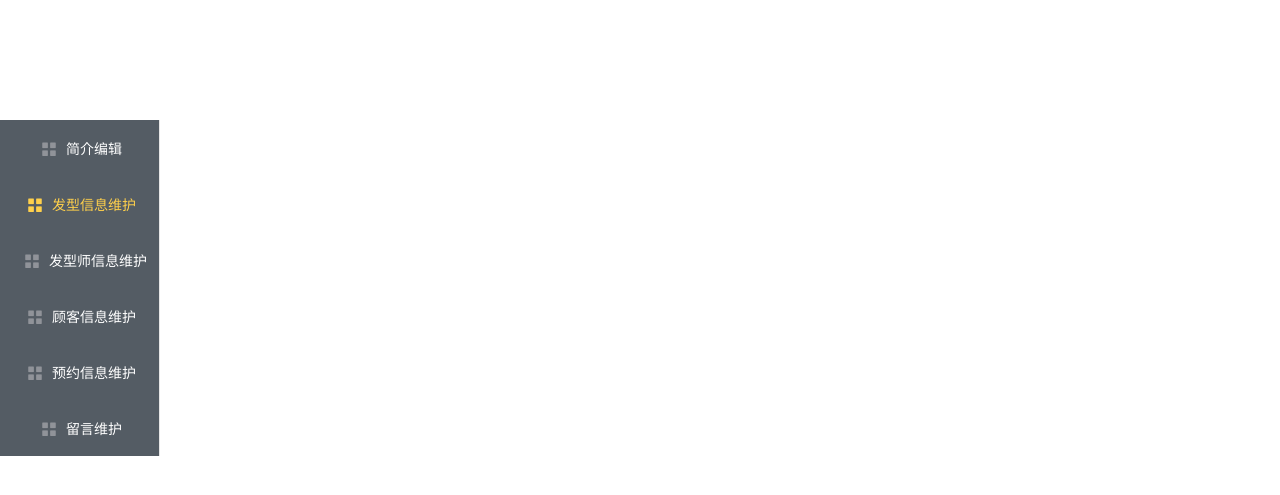
Repository: cjl0805/graduation-design-front
Page: /back/home
The author's editor kept a copy of each file at every save. The page is drawn from the files as they stood at one save, then again after the next save.
The browser window is 1280 px wide. The pictures show the whole page.
The project was rebuilt for these pictures with package versions that can differ from the ones it lists, and the page was loaded fresh each time. Also part of the build but not shown: vue.config.js, src/components/RotationChart.vue, src/components/NavigationBar.vue, src/components/HairStylist.vue, src/components/HairStyle.vue, src/views/font/HairStyleView.vue, src/views/font/HairStylistView.vue, src/views/font/HomeView.vue and 11 more.

Above is the page before, as saved 2023-04-17 16:34:49.

### src/main.js
import Vue from 'vue'
import App from './App.vue'
import router from './router'
import ElementUI from 'element-ui'
import 'element-ui/lib/theme-chalk/index.css'
import axios from 'axios'
import VueAxios from 'vue-axios'
Vue.use(VueAxios, axios);
axios.interceptors.request.use(
  config => {
    if (localStorage.getItem('token')) {
      config.headers.token = localStorage.getItem('token');
    }
    return config;
  },
  error => {
    return Promise.reject(error);
  }
);

axios.interceptors.response.use(
  res => {
    if (res.data.code === 501) {
      console.log(res.data);
      alert("登录已过期，请重新登录！");
      window.localStorage.removeItem('token');
      window.localStorage.removeItem('username');
      location.reload();
    }
    return res;
  }
);

Vue.config.productionTip = false
Vue.use(ElementUI)
new Vue({
  router,
  render: h => h(App)
}).$mount('#app')

### src/router/index.js
import Vue from 'vue'
import VueRouter from 'vue-router'
import HairStyleView from '../views/font/HairStyleView.vue'
import HairStylistView from '../views/font/HairStylistView.vue'
import HomeView from '../views/font/HomeView.vue'
import login from '../views/font/login.vue'
import register from '../views/font/register.vue'
import PersonalInfo from '../views/font/PersonalInfo.vue'
import appointment from '../views/font/AppointmentView.vue'
import pay from '../views/font/PayView.vue'
import MainView from '../views/back/MainView.vue'

Vue.use(VueRouter)

const routes = [{
    path: '/',
    name: 'home',
    component: HomeView
  },
  {
    path: '/hairstyle',
    name: 'hairstyle',
    component: HairStyleView
  },
  {
    path: '/hairstylist',
    name: 'hairstylist',
    component: HairStylistView
  },
  {
    path: '/about',
    name: 'about',
    // route level code-splitting
    // this generates a separate chunk (about.[hash].js) for this route
    // which is lazy-loaded when the route is visited.
    component: () => import( /* webpackChunkName: "about" */ '../views/AboutView.vue')
  },
  {
    path: '/login',
    name: 'login',
    component: login
  },
  {
    path: '/register',
    name: 'register',
    component: register
  },
  {
    path: '/PersonalInfo',
    name: 'PersonalInfo',
    component: PersonalInfo,
  },
  {
    path: '/appointment',
    name: 'appointment',
    component: appointment
  },
  {
    path: '/pay',
    name: 'pay',
    component: pay
  },
  {
    path: '/back/home',
    name: 'MainView',
    component: MainView
  },
]

const router = new VueRouter({
  mode: 'history',
  base: process.env.BASE_URL,
  routes
})

// 导航守卫
// 使用 router.beforeEach 注册一个全局前置守卫，判断用户是否登陆
router.beforeEach((to, from, next) => {
  if (to.path === '/PersonalInfo' || to.path === '/appointment' || to.path === '/MessageCenter' || to.path === '/pay') {
    let token = localStorage.getItem('token');
    if (token === null || token === '') {
      next('/login');
    } else {
      next();
    }
  } else {
    next();
  }
});

export default router

### src/views/back/MainView.vue
<template>
  <div>
    <div class="div1">
      <el-col :span="3">
        <el-menu
          default-active="2"
          class="el-menu-vertical-demo"
          @open="handleOpen"
          @close="handleClose"
          background-color="#545c64"
          text-color="#fff"
          active-text-color="#ffd04b"
        >
          <el-menu-item index="1">
            <i class="el-icon-menu"></i>
            <span slot="title">简介编辑</span>
          </el-menu-item>
          <el-menu-item index="2">
            <i class="el-icon-menu"></i>
            <span slot="title">发型信息维护</span>
          </el-menu-item>
          <el-menu-item index="3">
            <i class="el-icon-menu"></i>
            <span slot="title">发型师信息维护</span>
          </el-menu-item>
          <el-menu-item index="4">
            <i class="el-icon-menu"></i>
            <span slot="title">顾客信息维护</span>
          </el-menu-item>
          <el-menu-item index="5">
            <i class="el-icon-menu"></i>
            <span slot="title">预约信息维护</span>
          </el-menu-item>
          <el-menu-item index="6">
            <i class="el-icon-menu"></i>
            <span slot="title">留言维护</span>
          </el-menu-item>
        </el-menu>
      </el-col>
    </div>
    <div class="div2"></div>
  </div>
</template>

<script>
export default {
  methods: {
    handleOpen(key, keyPath) {
      console.log(key, keyPath);
    },
    handleClose(key, keyPath) {
      console.log(key, keyPath);
    },
  },
};
</script>

<style>

</style>

### src/components/UserDescription.vue
<template>
  <div>
    <div class="img">
      <el-upload
        class="userform.img !== '' ? 'avatar-uploader boxCardUploadImg' : 'avatar-uploader'"
        action=""
        :http-request="upFile"
        :show-file-list="false"
        :on-change="handleChange"
        :limit="2"
        :headers="headers"
      >
        <img v-if="userform.img" :src="userform.img" class="avatar" />
        <i v-else class="el-icon-plus avatar-uploader-icon"></i> </el-upload
      ><br />
      <el-button round type="primary" @click="saveImg">保存头像</el-button>
      <div class="div2">
        <div class="div3">
          <el-button class="button"
            ><p class="p" @click="click1">个人信息</p></el-button
          >
        </div>
        <div class="div3">
          <el-button class="button" @click="click2"
            ><p class="p">我的预约</p></el-button
          >
        </div>
        <div class="div3">
          <el-button class="button"
            ><p class="p" @click="click3">我的留言</p></el-button
          >
        </div>
      </div>
    </div>
    <div class="info">
      <UserInfo v-if="userInfo"></UserInfo>
      <myAppointment v-if="myAppointment" class="myAppointment"></myAppointment>
      <myMessage v-if="myMessage"></myMessage>
    </div>
  </div>
</template>

<script>
import UserInfo from "./UserInfo.vue";
import MyAppointment from "./MyAppointment.vue";
import MyMessage from "./MyMessage.vue";
export default {
  name: "UserDescription",
  components: {
    MyAppointment,
    MyMessage,
    UserInfo,
  },
  data() {
    return {
      imageUrl: "",
      headers: {},
      token: "",
      userform: {
        img: "",
      },
      file: " ",
      userInfo: this.$route.query.userInfo,
      myAppointment: this.$route.query.myAppointment,
      myMessage: false,
    };
  },
  created() {
    this.load();
  },
  methods: {
    load() {
      this.axios({
        method: "GET",
        url: "http://localhost:8090/graduation/design/customInfo/get",
        params: {
          username: window.localStorage.getItem("username"),
        },
      }).then((res) => {
        console.log(res.data);
        if (res.data.data != null) {
          this.userform.img = res.data.data.img;
        }
      });
    },
    click1() {
      this.userInfo = true;
      this.myAppointment = false;
      this.myMessage = false;
    },
    click2() {
      this.userInfo = false;
      this.myAppointment = true;
      this.myMessage = false;
    },
    click3() {
      this.userInfo = false;
      this.myAppointment = false;
      this.myMessage = true;
    },
    handleChange(file, fileList) {
      const fileName = file.name; // 文件名字
      const fileType = fileName.substring(fileName.lastIndexOf(".") + 1);
      if (fileType === "png" || fileType === "jpg") {
        this.file = file;
        return;
      } else {
        this.$message({
          type: "warning",
          message: "附件格式错误，请重新上传！",
        });
      }
    },
    upFile(item) {
      const formData = new FormData();
      formData.append("file", this.file.raw);
      this.axios({
        method: "POST",
        url: "http://localhost:8090/graduation/design/common/upload",
        data: formData,
      }).then((res) => {
        console.log(res.data);
        if (res.data.code === 200) {
          this.userform.img = res.data.data;
        } else {
          alert(res.data.message);
        }
      });
    },
    beforeAvatarUpload(file) {
      const isJPG = file.type === "image/jpeg";
      const isLt2M = file.size / 1024 / 1024 < 2;

      if (!isJPG) {
        this.$message.error("上传头像图片只能是 JPG 格式!");
      }
      if (!isLt2M) {
        this.$message.error("上传头像图片大小不能超过 2MB!");
      }
      return isJPG && isLt2M;
    },
    saveImg() {
      this.axios({
        method: "POST",
        url: "http://localhost:8090/graduation/design/customInfo/save/img",
        params: {
          username: window.localStorage.getItem("username"),
          img: this.userform.img,
        },
      }).then((res) => {
        console.log(res.data);
        if (res.data.code === 200) {
          alert("保存头像成功！");
        }
      });
    },
  },
};
</script>

<style>
.avatar-uploader .el-upload {
  border: 1px solid #d9d9d9;
  border-radius: 50px;
  cursor: pointer;
  position: relative;
  overflow: hidden;
}
.avatar-uploader .el-upload:hover {
  border-color: none;
}
.avatar-uploader-icon {
  margin-top: 20px;
  font-size: 120px;
  color: #8c939d;
}
.avatar {
  margin-top: 20px;
  width: 120px;
  height: 120px;
  display: block;
}

.boxCardUploadImg .el-upload:hover div {
  width: 100px;
  height: 100px;
  line-height: 100px;
  text-align: center;
  border-radius: 50px;
  position: absolute;
  font-size: 18px;
  display: initial;
  z-index: 999;
  color: #fff;
  top: 0;
  left: 0;
  background-color: #17163c;
  opacity: 0.5;
}
.my-content {
  font-size: 20px;
}
.my-label {
  font-size: 20px;
}
.img {
  margin-left: 20px;
  text-align: center;
  width: 240px;
  height: 640px;
  border: 2px;
  background: rgb(255, 255, 255);
}
.info {
  margin-top: -640px;
  margin-left: 305px;
  text-align: center;
  width: 1210px;
  height: 640px;
  border: 2px;
  background: rgba(255, 255, 255);
}
.button {
  margin: 0 auto;
  width: 200px;
  height: 40px;
  margin-top: 0px;
}
.p {
  margin: 0 auto;
  font-size: 20px;
  font-weight: bold;
}
.div2 {
  margin-top: 120px;
}
.div3 {
  margin-top: 28px;
}
</style>

### src/components/HairStylistDescription.vue
<template>
  <div>
    <div class="img">
      <el-upload
        class="userform.img !== '' ? 'avatar-uploader boxCardUploadImg' : 'avatar-uploader'"
        action=""
        :http-request="upFile"
        :show-file-list="false"
        :on-change="handleChange"
        :limit="2"
        :headers="headers"
      >
        <img v-if="userform.img" :src="userform.img" class="avatar" />
        <i v-else class="el-icon-plus avatar-uploader-icon"></i> </el-upload
      ><br />
      <el-button round type="primary" @click="saveImg">保存头像</el-button>
      <div class="div2">
        <div class="div3">
          <el-button class="button"
            ><p class="p" @click="click1">个人信息</p></el-button
          >
        </div>
        <div class="div3">
          <el-button class="button" @click="click2"
            ><p class="p">我的预约</p></el-button
          >
        </div>
      </div>
    </div>
    <div class="info">
      <HairStylistInfo v-if="HairStylistInfo"></HairStylistInfo>
      <HairStylistAppointment v-if="HairStylistAppointment"></HairStylistAppointment>
    </div>
  </div>
</template>

<script>
import HairStylistInfo from "./HairStylistInfo.vue";
import HairStylistAppointment from "./HairStylistAppointment.vue";
export default {
  name: "UserDescription",
  components: {
    HairStylistAppointment,
    HairStylistInfo,
  },
  data() {
    return {
      imageUrl: "",
      headers: {},
      token: "",
      userform: {
        img: "",
      },
      file: " ",
      HairStylistInfo: true,
      HairStylistAppointment: false,
    };
  },
  created() {
    this.load();
  },
  methods: {
    load() {
      this.axios({
        method: "GET",
        url: "http://localhost:8090/graduation/design/hairstylist/get",
        params: {
          username: window.localStorage.getItem("username"),
        },
      }).then((res) => {
        console.log(res.data);
        if (res.data.data != null) {
          this.userform.img = res.data.data.img;
          window.localStorage.setItem("hairstylist", res.data.data.name);
        }
      });
    },
    click1() {
      this.HairStylistInfo = true;
      this.HairStylistAppointment = false;
    },
    click2() {
      this.HairStylistInfo = false;
      this.HairStylistAppointment = true;
    },
    handleChange(file, fileList) {
      const fileName = file.name; // 文件名字
      const fileType = fileName.substring(fileName.lastIndexOf(".") + 1);
      if (fileType === "png" || fileType === "jpg") {
        this.file = file;
        return;
      } else {
        this.$message({
          type: "warning",
          message: "附件格式错误，请重新上传！",
        });
      }
    },
    upFile(item) {
      const formData = new FormData();
      formData.append("file", this.file.raw);
      this.axios({
        method: "POST",
        url: "http://localhost:8090/graduation/design/common/upload",
        data: formData,
      }).then((res) => {
        console.log(res.data);
        if (res.data.code === 200) {
          this.userform.img = res.data.data;
        } else {
          alert(res.data.message);
        }
      });
    },
    beforeAvatarUpload(file) {
      const isJPG = file.type === "image/jpeg";
      const isLt2M = file.size / 1024 / 1024 < 2;

      if (!isJPG) {
        this.$message.error("上传头像图片只能是 JPG 格式!");
      }
      if (!isLt2M) {
        this.$message.error("上传头像图片大小不能超过 2MB!");
      }
      return isJPG && isLt2M;
    },
    saveImg() {
      this.axios({
        method: "POST",
        url: "http://localhost:8090/graduation/design/hairstylist/save/img",
        params: {
          username: window.localStorage.getItem("username"),
          img: this.userform.img,
        },
      }).then((res) => {
        console.log(res.data);
        if (res.data.code === 200) {
          alert("保存头像成功！");
        }
      });
    },
  },
};
</script>

<style>
.avatar-uploader .el-upload {
  border: 1px solid #d9d9d9;
  border-radius: 50px;
  cursor: pointer;
  position: relative;
  overflow: hidden;
}
.avatar-uploader .el-upload:hover {
  border-color: none;
}
.avatar-uploader-icon {
  margin-top: 20px;
  font-size: 120px;
  color: #8c939d;
}
.avatar {
  margin-top: 20px;
  width: 120px;
  height: 120px;
  display: block;
}

.boxCardUploadImg .el-upload:hover div {
  width: 100px;
  height: 100px;
  line-height: 100px;
  text-align: center;
  border-radius: 50px;
  position: absolute;
  font-size: 18px;
  display: initial;
  z-index: 999;
  color: #fff;
  top: 0;
  left: 0;
  background-color: #17163c;
  opacity: 0.5;
}
.my-content {
  font-size: 20px;
}
.my-label {
  font-size: 20px;
}
.img {
  margin-left: 20px;
  text-align: center;
  width: 240px;
  height: 640px;
  border: 2px;
  background: rgb(255, 255, 255);
}
.info {
  margin-top: -640px;
  margin-left: 305px;
  text-align: center;
  width: 1210px;
  height: 640px;
  border: 2px;
  background: rgba(255, 255, 255);
}
.button {
  margin: 0 auto;
  width: 200px;
  height: 40px;
  margin-top: 0px;
}
.p {
  margin: 0 auto;
  font-size: 20px;
  font-weight: bold;
}
.div2 {
  margin-top: 120px;
}
.div3 {
  margin-top: 28px;
}
</style>

Loaded but not shown: public/index.html (common file); src/App.vue (common file)

After the next save:
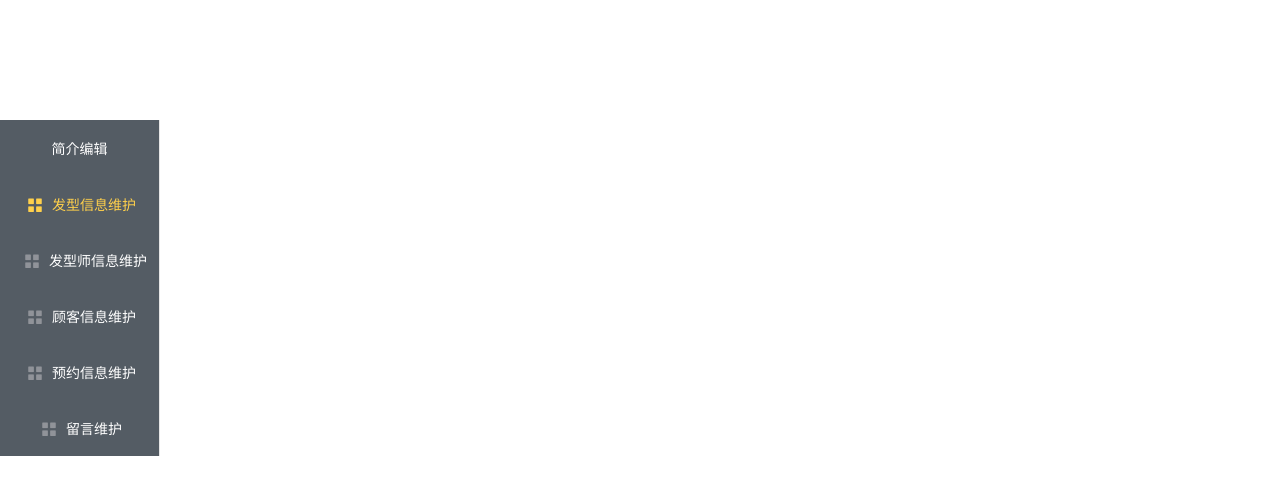
Saved 2 min 3 s later.
--- a/src/views/back/MainView.vue
+++ b/src/views/back/MainView.vue
@@ -12,7 +12,7 @@
           active-text-color="#ffd04b"
         >
           <el-menu-item index="1">
-            <i class="el-icon-menu"></i>
+
             <span slot="title">简介编辑</span>
           </el-menu-item>
           <el-menu-item index="2">
